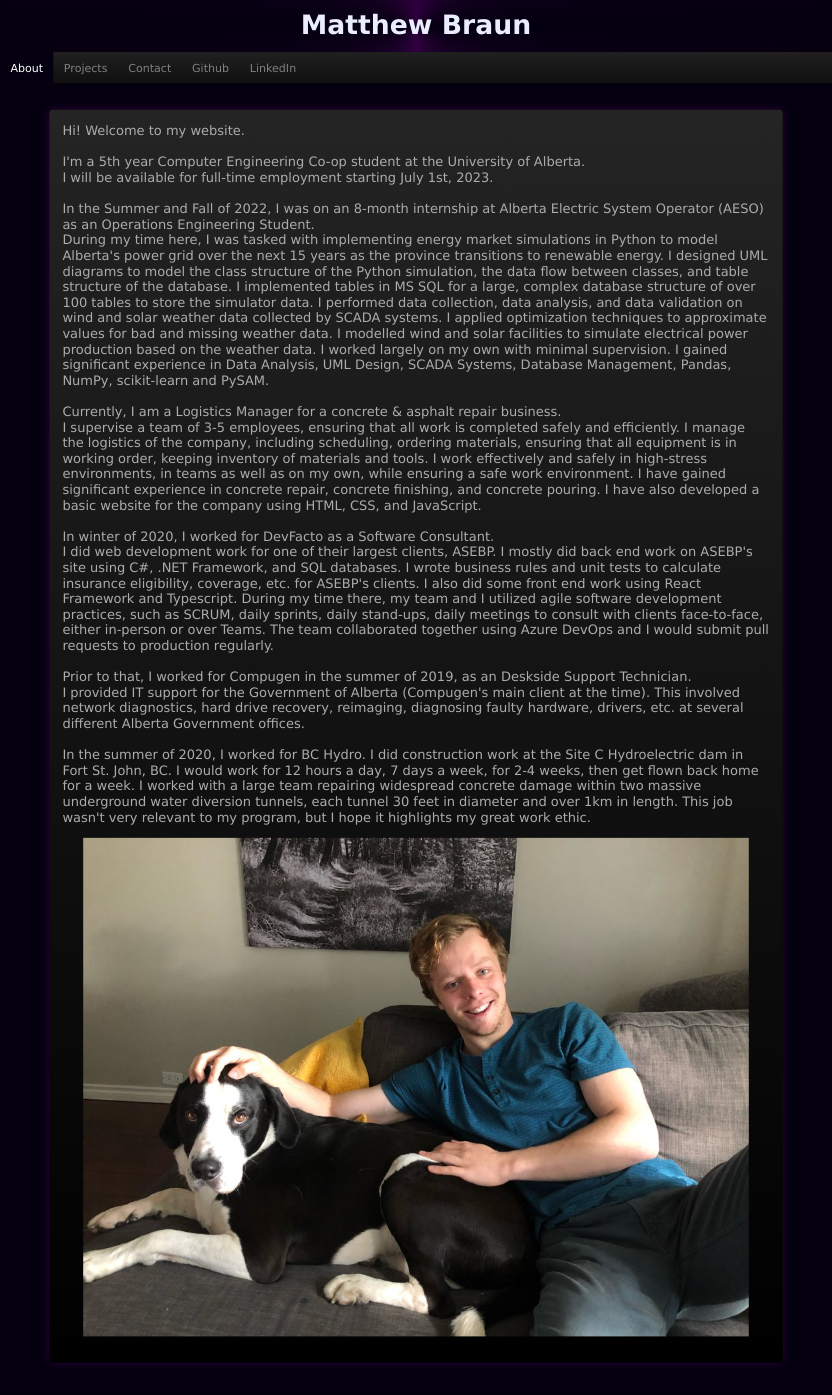
Repository: mjbraun95/MyPersonalWebsite
Page: http://localhost/
These files come from the project's save history. The page is drawn as it stood at one moment and after the next save; the edit follows.
The browser window is 1280 px wide. The pictures show the whole page, at 65% of full size.
The page is run by PHP 8.4 with error messages shown; the project is at /var/www/html/.

Above is the page before, as saved 2023-06-24 16:18:18.

### html/index.php
<?php $title = 'About'; ?>
<?php $currentPage = 'About'; ?>

<?php include('head.php'); ?>
<div class="nav-wrapper">
    <?php include('navbar.php'); ?>
</div>
<meta name="viewport" content="width=device-width, initial-scale=1.0">

<style>
    .responsive {
        max-width: 100%;
        height: auto;
        object-fit: scale-down;
        margin: auto;
    }
</style>

<div class="content">
    <p class="fullBox">
        Hi! Welcome to my website. <br><br>

        I'm a 5th year Computer Engineering Co-op student at the University of Alberta. <br>
        I will be available for full-time employment starting July 1st, 2023. <br><br>

        In the Summer and Fall of 2022, I was on an 8-month internship at Alberta Electric System Operator (AESO) as an Operations Engineering Student. <br>
        During my time here, I was tasked with implementing energy market simulations in Python to model Alberta's power grid over the next 15 years as the province transitions to renewable energy. I designed UML diagrams to model the class structure of the Python simulation, the data flow between classes, and table structure of the database. I implemented tables in MS SQL for a large, complex database structure of over 100 tables to store the simulator data. I performed data collection, data analysis, and data validation on wind and solar weather data collected by SCADA systems. I applied optimization techniques to approximate values for bad and missing weather data. I modelled wind and solar facilities to simulate electrical power production based on the weather data. I worked largely on my own with minimal supervision. I gained significant experience in Data Analysis, UML Design, SCADA Systems, Database Management, Pandas, NumPy, scikit-learn and PySAM. <br><br>

        Currently, I am a Logistics Manager for a concrete & asphalt repair business. <br>
        I supervise a team of 3-5 employees, ensuring that all work is completed safely and efficiently. I manage the logistics of the company, including scheduling, ordering materials, ensuring that all equipment is in working order, keeping inventory of materials and tools. I work effectively and safely in high-stress environments, in teams as well as on my own, while ensuring a safe work environment. I have gained significant experience in concrete repair, concrete finishing, and concrete pouring. I have also developed a basic website for the company using HTML, CSS, and JavaScript. <br><br>
        <!-- Last summer, I worked as a developer for a concrete & asphalt repair business. <br>
        I developed and hosted a website for the company as well as created SQL databases to manage their assets, clients, and contracts. I also wrote some Python programs to parse this data and found ways to save costs and increase the company's profits. <br><br> -->

        In winter of 2020, I worked for DevFacto as a Software Consultant.<br>
        I did web development work for one of their largest clients, ASEBP. I mostly did back end work on ASEBP's site using C#, .NET Framework, and SQL databases. I wrote business rules and unit tests to calculate insurance eligibility, coverage, etc. for ASEBP's clients. I also did some front end work using React Framework and Typescript. During my time there, my team and I utilized agile software development practices, such as SCRUM, daily sprints, daily stand-ups, daily meetings to consult with clients face-to-face, either in-person or over Teams. The team collaborated together using Azure DevOps and I would submit pull requests to production regularly. <br><br>

        Prior to that, I worked for Compugen in the summer of 2019, as an Deskside Support Technician. <br>
        I provided IT support for the Government of Alberta (Compugen's main client at the time). This involved network diagnostics, hard drive recovery, reimaging, diagnosing faulty hardware, drivers, etc. at several different Alberta Government offices. <br><br>

        In the summer of 2020, I worked for BC Hydro. I did construction work at the Site C Hydroelectric dam in Fort St. John, BC. I would work for 12 hours a day, 7 days a week, for 2-4 weeks, then get flown back home for a week. I worked with a large team repairing widespread concrete damage within two massive underground water diversion tunnels, each tunnel 30 feet in diameter and over 1km in length. This job wasn't very relevant to my program, but I hope it highlights my great work ethic.

    </p>
    <div class="fullBox">
        <img src="images/Doggo.png" class="responsive">
    </div>
</div>
</body>
</html>

### html/head.php
<!DOCTYPE html>
<html>
    <meta name="viewport" content="width=device-width, initial-scaled=1.0">
    <meta name="theme-color" content="#a01040">
    <head>
        <title><?php echo($title); ?></title>
        <link rel="stylesheet" href="index.css">
        <div class="header">
            <h1 class="header">Matthew Braun</h1>
        </div>
</header>

### html/navbar.php
<header>
    <div id="navbar">
        <a href="index.php" <?php if ($currentPage === 'About') {echo 'class="active"';} ?>>About</a></li>
        <a href="projects.php" <?php if ($currentPage === 'Projects') {echo 'class="active"';} ?>>Projects</a></li>
        <!-- <a href="pdfs/resume.pdf" target="_blank" <?php if ($currentPage === 'Resume') {echo 'class="active"';} ?>>Resume</a></li> -->
        <a href="contact.php" <?php if ($currentPage === 'Contact') {echo 'class="active"';} ?>>Contact</a></li>
        <a href="https://github.com/mjbraun95/" target="_blank" <?php if ($currentPage === 'Github') {echo 'class="active"';} ?>>Github</a></li>
        <a href="https://www.linkedin.com/in/matthewbraun4/" target="_blank" <?php if ($currentPage === 'LinkedIn') {echo 'class="active"';} ?>>LinkedIn</a></li>
    </div>
    <script src="navbar.js"></script>
</header>
<body>
    <!-- <div class="titlehead"><h2><?php echo($title); ?></h2></div> -->

### html/index.css
/* @media screen and (min-width: 1920px) {
    p {
        font-size: 20px;
    }
    a {
        font-size: 20px;
    }
} */
a {
    font-size: 20px;
}
/* navbar height 49px */
@media screen and (min-width: 574px) {
    div.nav-wrapper {
        height: 89px;
    }
}
@media screen and (min-width: 292px) and (max-width: 573px) {
    div.nav-wrapper {
        height: 138px;
    }
}
@media screen and (max-width: 291px) {
    div.nav-wrapper {
        height: 187px;
    }
}


body {
    margin: 0;
    font-family: Verdana,Geneva,sans-serif;
    vertical-align: center;
    background: rgb(4, 0, 15);
    padding-bottom: 50px;
}

.video-size
{
  width: 100%;
  height: 400px;
}

img {
    display: block;
    width: 60%;
    margin-left: auto;
    margin-right: auto;
}

.leftBox{
    margin-right: 20px;
    grid-column-start: 1;
    grid-column-end: 2;
    grid-row-start: 1;
    grid-row-end: 2;
}

.rightBox{
    grid-column-start: 2;
    grid-column-end: 3;
    grid-row-start: 1;
    grid-row-end: 2;
}

.vid{
    max-width: 100%;
    height: auto;
    object-fit: scale-down;
    /* object-fit: contain;
    margin: auto; */
}

.responsiveVid {
    max-width: 70%;
    height: auto;
    object-fit: scale-down;
}

.responsiveIcon {
    max-width: 1.5vw !important;
    height: auto !important;
    object-fit: scale-down;
    float: left;
    font-size: 36px;
    padding-right: 8px;
}

.header {
    color: rgb(234, 236, 255);
    text-align: center;
}

h1.header {
    margin:auto;
    font-size:41px;
}

h3.header{
    /*align-self:start;*/
    width:85%;
    height:auto;
    font-size: 35px;
    /* font-size: 2.5vw; */
    margin: auto;
    /* grid-row:auto; */
    align-content:center;
    text-align:center;
    padding-top: 80px;
    /* font-size: 50px; */
}

div.header{
    /* background:url(
        data:[embedded picture, 326 characters]
    ) repeat; */
    padding: 15px;
    height: 50px;
    background-image: conic-gradient(#300040,rgb(4, 0, 15),#300040,rgb(4, 0, 15),#300040);
 }


/* navbar links */
#navbar {
    overflow: hidden;
    background-image: linear-gradient(rgb(32, 32, 32),rgb(15, 15, 15));
}

#navbar a {
    float: left;
    display: block;
    color: grey;
    text-align: center;
    padding: 14px 16px;
    text-decoration: none;
    font-size: 17px;

    -o-transition: .5s;
    -ms-transition: .5s;
    -moz-transition: .5s;
    -webkit-transition: .5s;

    transition: .5s;
}

#navbar a:hover {
    background-color: rgb(4, 0, 15);
    color: white;
}

#navbar a.active {
    background-color: rgb(4, 0, 15);
    color: white;
}

/* page content */
div.content {
    padding: 20px;
    width: 85%;
    /* background-color: rgb(44, 44, 44); */
    background-image: linear-gradient(rgb(36, 36, 36),rgb(0, 0, 0));
    align-content: center;
    margin: auto;
    border-radius: 5px;
    box-shadow: 0px 0px 15px #300040
}

div.content1 {
    max-width: 1000px;
    padding: 20px;
    /* font-size: 2vw; */
    width: 80%;
    background-image: linear-gradient(to left,rgb(36, 36, 36),rgb(0, 0, 0));
    border: 3px 3px 12px;
    align-content: center;
    margin: auto;
    border-radius: 5px;
    box-shadow: 2px 2px 10px #300040;
    display: grid;
    grid-template-columns: 60% 40%;
    grid-template-rows: 100%;
    height: auto;
}
div.content1a {
    max-width: 1000px;
    padding: 20px;
    /* font-size: 2vw; */
    width: 80%;
    background-image: linear-gradient(to left,rgb(36, 36, 36),rgb(0, 0, 0));
    border: 3px 3px 12px;
    align-content: center;
    margin: auto;
    border-radius: 5px;
    box-shadow: 2px 2px 10px #300040;
    display: grid;
    grid-template-columns: 75% 25%;
    grid-template-rows: 100%;
    height: auto;
}
div.content2 {
    max-width: 1000px;
    padding: 20px;
    /* font-size: 2vw; */
    width: 80%;
    background-image: linear-gradient(to right,rgb(36, 36, 36),rgb(0, 0, 0));
    border: 3px 3px 12px;
    align-content: center;
    margin: auto;
    border-radius: 5px;
    box-shadow: 2px 2px 10px #300040;
    display: grid;
    grid-template-columns: 40% 60%;
    grid-template-rows: 100%;
    height: auto;
}

/* @media screen and (min-width: 220px) {
    .content2 {
    font-size: 12px;
} */

.half {
    left: 0%;
}

.sticky {
    position: fixed;
    top: 0;
    width: 100%;
}

.sticky + .content + body {
    padding-top: 60px;
}

.titlehead {
    padding: 16px;
    margin: auto;
    width: 90%;
    max-width: 1000px;
}


p {
    color:  rgb(172, 172, 172);
    /* padding: 10px; */
    font-size: 20px;
    width: 95%;
    align-content: center;
    margin: auto;
}


.rotate {
    -ms-transform: rotate(90deg); /* IE 9 */
    -webkit-transform: rotate(90deg); /* Chrome, Safari, Opera */
    transform: rotate(90deg);
    margin-top: 88px;
}

/* Three image containers (use 25% for four, and 50% for two, etc) */
.column {
    float: left;
    width: 50%;
    padding: 5px;
}

  /* Clear floats after image containers */
.row::after {
    content: "";
    clear: both;
    display: table;
}

/* Split the screen in half */
.split {
    height: 100%;
    width: 100%;
    position: fixed;
    z-index: 1;
    top: 0;
    overflow-x: hidden;
    padding-top: 20px;
}

/* Control the left side */
.left {
    left: 0;
}

  /* Control the right side */
.right {
    right: 0;
}

  /* If you want the content centered horizontally and vertically */
.centered {
    position: relative;
    top: 50%;
    left: 50%;
    transform: translate(-50%, -50%);
    text-align: center;
}

.fullBox{
    padding-bottom: 20px;
    width:100%;
    height:auto;
    margin: 0 auto;
    /* grid-row:auto; */
    align-content:center;
    /* float:left; */
}

.responsive {
    max-width: 100%;
    height: auto;
    object-fit: scale-down;
    margin: auto;
    max-height: 100%;
    width: auto;
}

### html/navbar.js
// ### Sticky code ###

// Execute myFunction whenever page is scrolled
window.onscroll = function() {myFunction()};

// get nav
var navbar = document.getElementById("navbar");

// get offset position
var sticky = navbar.offsetTop;

// add sticky class whenever you reach the bar scroll position

function myFunction() {
    if (window.pageYOffset >= sticky) {
        navbar.classList.add("sticky");
    } else {
        navbar.classList.remove("sticky");
    }

}

After the next save:
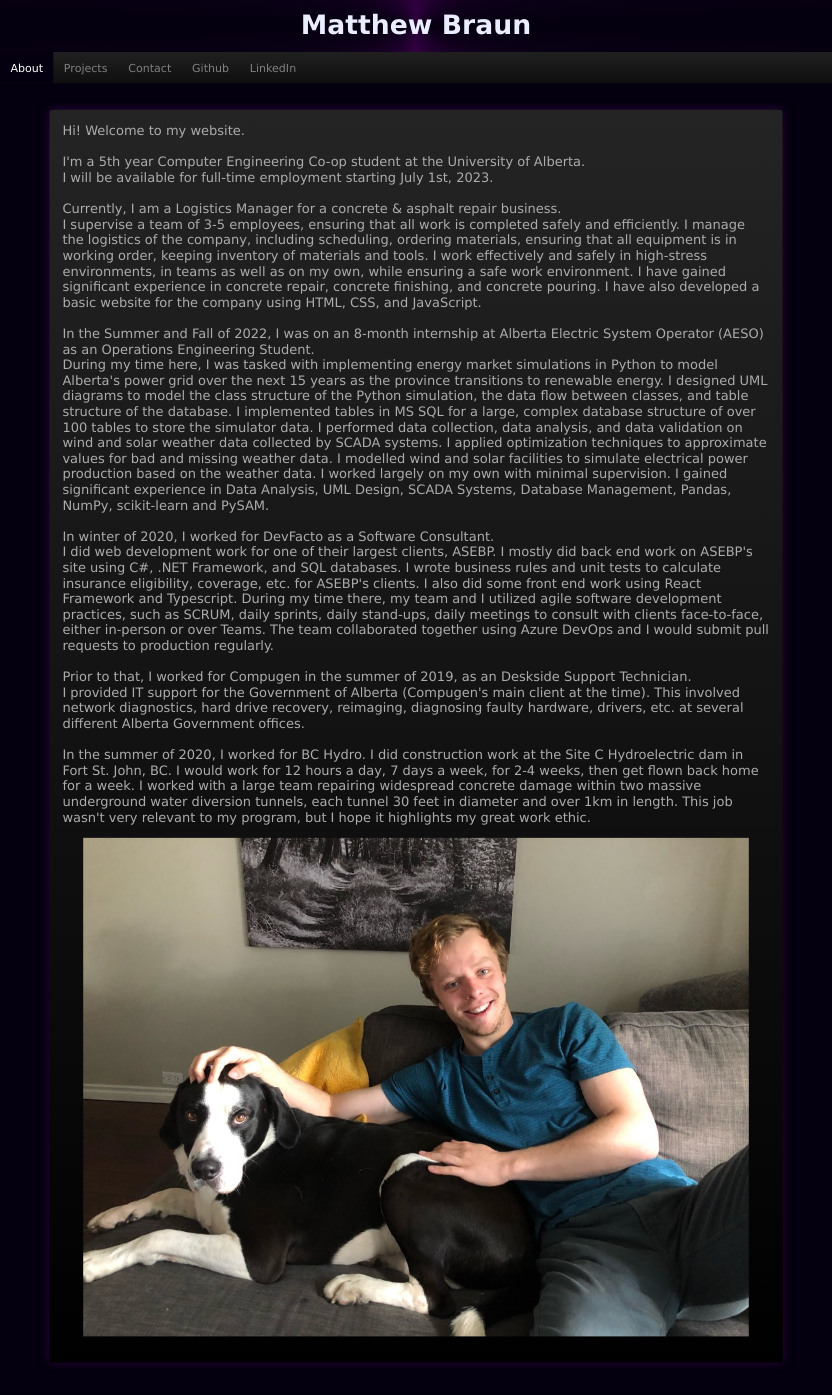
Saved 11 s later.
--- a/html/index.php
+++ b/html/index.php
@@ -23,11 +23,12 @@
         I'm a 5th year Computer Engineering Co-op student at the University of Alberta. <br>
         I will be available for full-time employment starting July 1st, 2023. <br><br>
 
+        Currently, I am a Logistics Manager for a concrete & asphalt repair business. <br>
+        I supervise a team of 3-5 employees, ensuring that all work is completed safely and efficiently. I manage the logistics of the company, including scheduling, ordering materials, ensuring that all equipment is in working order, keeping inventory of materials and tools. I work effectively and safely in high-stress environments, in teams as well as on my own, while ensuring a safe work environment. I have gained significant experience in concrete repair, concrete finishing, and concrete pouring. I have also developed a basic website for the company using HTML, CSS, and JavaScript. <br><br>
+
         In the Summer and Fall of 2022, I was on an 8-month internship at Alberta Electric System Operator (AESO) as an Operations Engineering Student. <br>
         During my time here, I was tasked with implementing energy market simulations in Python to model Alberta's power grid over the next 15 years as the province transitions to renewable energy. I designed UML diagrams to model the class structure of the Python simulation, the data flow between classes, and table structure of the database. I implemented tables in MS SQL for a large, complex database structure of over 100 tables to store the simulator data. I performed data collection, data analysis, and data validation on wind and solar weather data collected by SCADA systems. I applied optimization techniques to approximate values for bad and missing weather data. I modelled wind and solar facilities to simulate electrical power production based on the weather data. I worked largely on my own with minimal supervision. I gained significant experience in Data Analysis, UML Design, SCADA Systems, Database Management, Pandas, NumPy, scikit-learn and PySAM. <br><br>
 
-        Currently, I am a Logistics Manager for a concrete & asphalt repair business. <br>
-        I supervise a team of 3-5 employees, ensuring that all work is completed safely and efficiently. I manage the logistics of the company, including scheduling, ordering materials, ensuring that all equipment is in working order, keeping inventory of materials and tools. I work effectively and safely in high-stress environments, in teams as well as on my own, while ensuring a safe work environment. I have gained significant experience in concrete repair, concrete finishing, and concrete pouring. I have also developed a basic website for the company using HTML, CSS, and JavaScript. <br><br>
         <!-- Last summer, I worked as a developer for a concrete & asphalt repair business. <br>
         I developed and hosted a website for the company as well as created SQL databases to manage their assets, clients, and contracts. I also wrote some Python programs to parse this data and found ways to save costs and increase the company's profits. <br><br> -->
 
